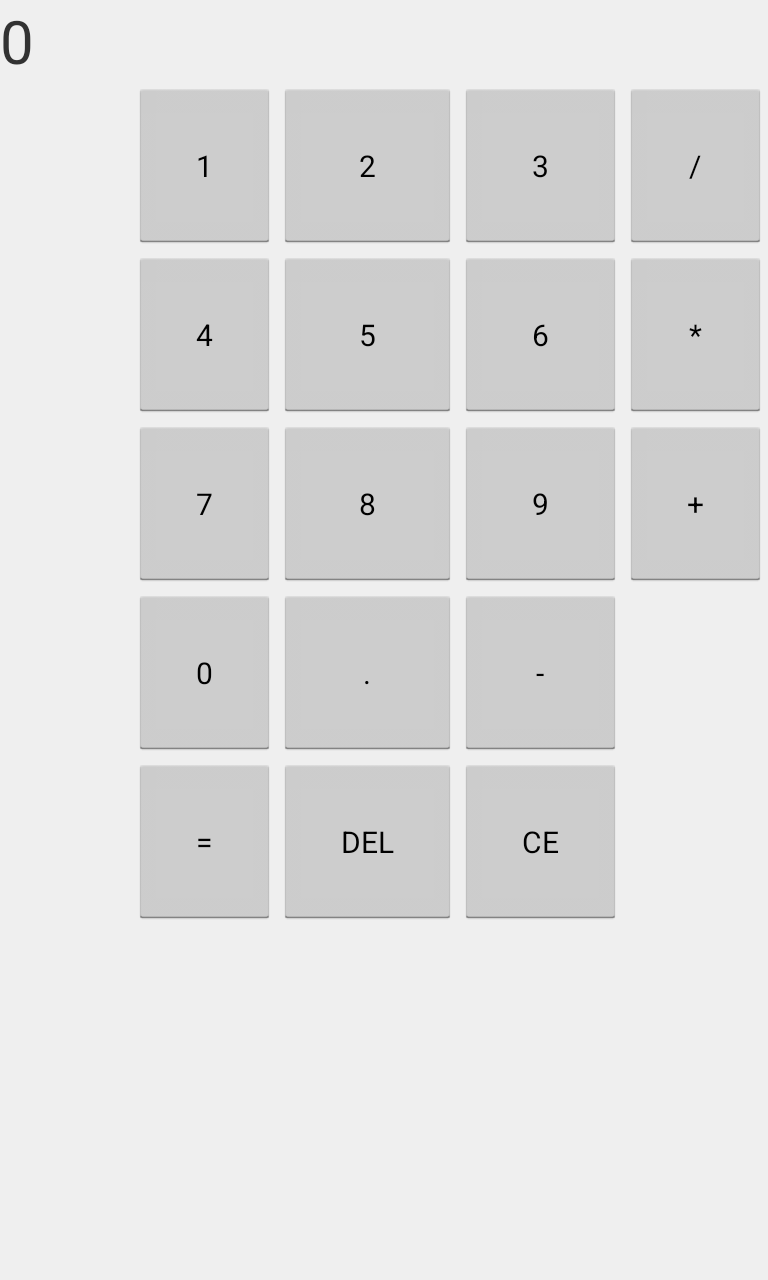
Repository: mariofer82/Calculadora
Layout: Aplicacion1/res/layout/activity_main.xml
These files come from the project's save history. The layout is drawn as it stood at one moment and after the next save; the edit follows.
It is drawn on a 768 x 1280 px phone screen (xhdpi) without system bars, with theme AppTheme; the app's code is not run.

Above is the layout before, as saved 2013-08-23 16:47:09.

### Aplicacion1/res/layout/activity_main.xml


    <LinearLayout xmlns:android="http://schemas.android.com/apk/res/android"
android:orientation="vertical"
android:layout_width="fill_parent"
android:layout_height="fill_parent"
android:background="#1111"
>

<TextView
android:id="@+id/Resultado"
android:textSize="30sp"
android:layout_width="fill_parent"
android:layout_height="wrap_content"
android:text="0"
/>

<TableLayout xmlns:android="http://schemas.android.com/apk/res/android"
android:layout_width="fill_parent"
android:layout_height="fill_parent"
android:stretchColumns="1"
>
<TableRow>
<Button
android:layout_column="4"
android:id="@+id/Boton1"
android:layout_width="wrap_content"
android:layout_height="wrap_content"
android:text="1"
android:textSize="15dp"
android:padding="32dp"
>
</Button>
<Button
android:layout_column="4"
android:id="@+id/Boton2"
android:layout_width="wrap_content"
android:layout_height="wrap_content"
android:text="2"
android:textSize="15dp"
android:padding="32dp"
>


</Button>
<Button
android:layout_column="4"
android:id="@+id/Boton3"
android:layout_width="wrap_content"
android:layout_height="wrap_content"
android:text="3"
android:textSize="15dp"
android:padding="32dp"

>

</Button>
<Button
android:layout_column="4"
android:id="@+id/Botondiv"
android:layout_width="wrap_content"
android:layout_height="wrap_content"
android:text="/"
android:textSize="15dp"
android:padding="32dp"
>

</Button>
</TableRow>
<TableRow>
<Button
android:layout_column="4"
android:id="@+id/Boton4"
android:layout_width="wrap_content"
android:layout_height="wrap_content"
android:text="4"
android:textSize="15dp"
android:padding="32dp"

>

</Button>
<Button
android:layout_column="4"
android:id="@+id/Boton5"
android:layout_width="wrap_content"
android:layout_height="wrap_content"
android:text="5"
android:textSize="15dp"
android:padding="32dp"

>

</Button>
<Button
android:layout_column="4"
android:id="@+id/Boton6"
android:layout_width="wrap_content"
android:layout_height="wrap_content"
android:text="6"
android:textSize="15dp"
android:padding="32dp"

>

</Button>
<Button
android:layout_column="4"
android:id="@+id/Botonmulti"
android:layout_width="wrap_content"
android:layout_height="wrap_content"
android:text="*"
android:textSize="15dp"
android:padding="32dp"

>

</Button>
</TableRow>
<TableRow>
<Button
android:layout_column="4"
android:id="@+id/Boton7"
android:layout_width="wrap_content"
android:layout_height="wrap_content"
android:text="7"

android:textSize="15dp"
android:padding="32dp"
>

</Button>

<Button
android:layout_column="4"
android:id="@+id/Boton8"
android:layout_width="wrap_content"
android:layout_height="wrap_content"
android:text="8"
android:textSize="15dp"
android:padding="32dp"

>

</Button>
<Button
android:layout_column="4"
android:id="@+id/Boton9"
android:layout_width="wrap_content"
android:layout_height="wrap_content"
android:text="9"
android:textSize="15dp"
android:padding="32dp"

>

</Button>
<Button
android:layout_column="4"
android:id="@+id/Botonsuma"
android:layout_width="wrap_content"
android:layout_height="wrap_content"
android:text="+"
android:textSize="15dp"
android:padding="32dp"
>

</Button>
</TableRow>
<TableRow>
<Button
android:layout_column="4"
android:id="@+id/Boton0"
android:layout_width="wrap_content"
android:layout_height="wrap_content"
android:text="0"
android:textSize="15dp"
android:padding="32dp"
>

</Button>
<Button
android:layout_column="4"
android:id="@+id/Botonpunto"
android:layout_width="wrap_content"
android:layout_height="wrap_content"
android:text="."
android:textSize="15dp"
android:padding="32dp"
>

</Button>
<Button
android:layout_column="4"
android:id="@+id/Botonresta"
android:layout_width="wrap_content"
android:layout_height="wrap_content"
android:text="-"
android:textSize="15dp"
android:padding="32dp"
>

</Button>

</TableRow>


<TableRow>


<Button
android:layout_column="4"
android:id="@+id/Botonigual"
android:layout_width="wrap_content"
android:layout_height="wrap_content"
android:text="="
android:textSize="15dp"
android:padding="32dp"
>

</Button>

<Button
android:layout_column="4"
android:id="@+id/DEL"
android:layout_width="wrap_content"
android:layout_height="wrap_content"
android:text="DEL"

android:textSize="15dp"
android:padding="32dp"
>

</Button>
<Button
android:layout_column="4"
android:id="@+id/CE"
android:layout_width="wrap_content"
android:layout_height="wrap_content"
android:text="CE"


android:textSize="15dp"
android:padding="32dp"
>

</Button>
</TableRow>
</TableLayout>
</LinearLayout>

Loaded but not shown: Aplicacion1/res/values/styles.xml (common file); Aplicacion1/res/values-v11/styles.xml (common file); Aplicacion1/res/values-v14/styles.xml (common file)

After the next save:
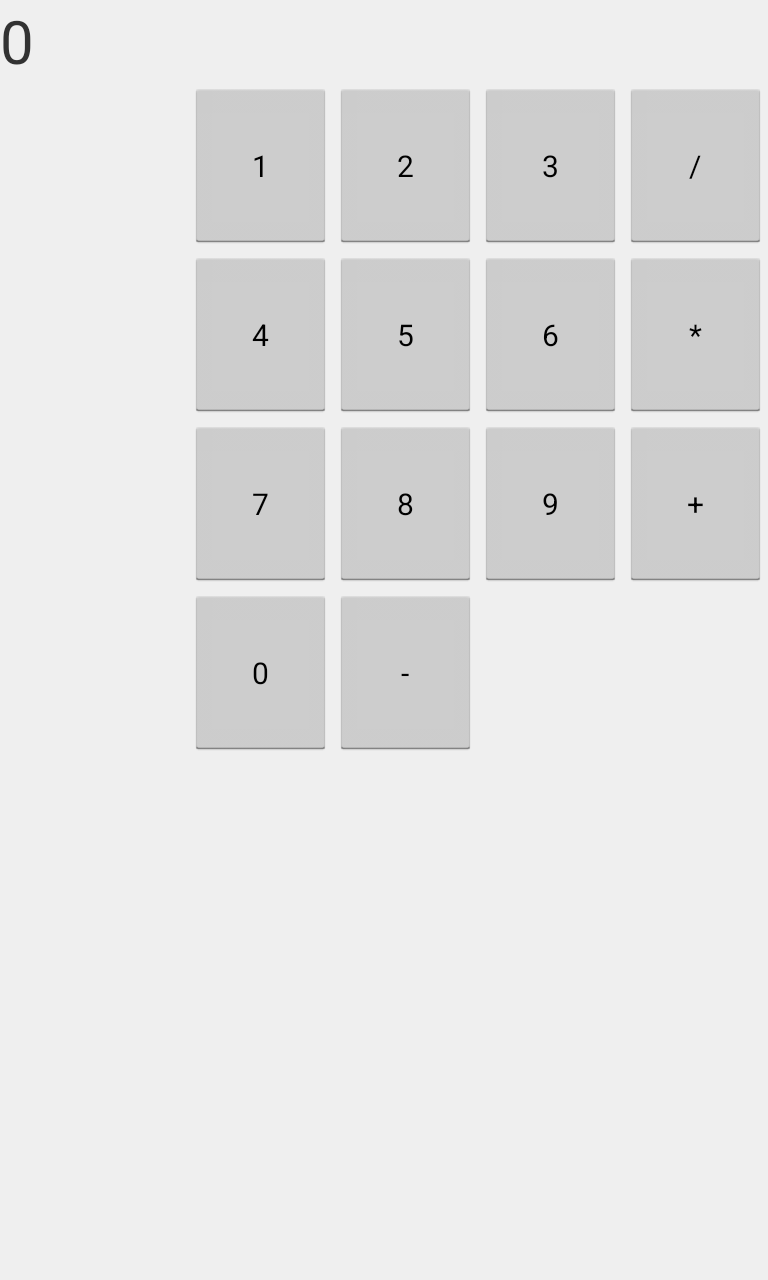
Saved 2 min 6 s later.
--- a/Aplicacion1/res/layout/activity_main.xml
+++ b/Aplicacion1/res/layout/activity_main.xml
@@ -181,17 +181,6 @@ android:padding="32dp"
 </Button>
 <Button
 android:layout_column="4"
-android:id="@+id/Botonpunto"
-android:layout_width="wrap_content"
-android:layout_height="wrap_content"
-android:text="."
-android:textSize="15dp"
-android:padding="32dp"
->
-
-</Button>
-<Button
-android:layout_column="4"
 android:id="@+id/Botonresta"
 android:layout_width="wrap_content"
 android:layout_height="wrap_content"
@@ -206,45 +195,6 @@ android:padding="32dp"
 
 
 <TableRow>
-
-
-<Button
-android:layout_column="4"
-android:id="@+id/Botonigual"
-android:layout_width="wrap_content"
-android:layout_height="wrap_content"
-android:text="="
-android:textSize="15dp"
-android:padding="32dp"
->
-
-</Button>
-
-<Button
-android:layout_column="4"
-android:id="@+id/DEL"
-android:layout_width="wrap_content"
-android:layout_height="wrap_content"
-android:text="DEL"
-
-android:textSize="15dp"
-android:padding="32dp"
->
-
-</Button>
-<Button
-android:layout_column="4"
-android:id="@+id/CE"
-android:layout_width="wrap_content"
-android:layout_height="wrap_content"
-android:text="CE"
-
-
-android:textSize="15dp"
-android:padding="32dp"
->
-
-</Button>
 </TableRow>
 </TableLayout>
 </LinearLayout>
